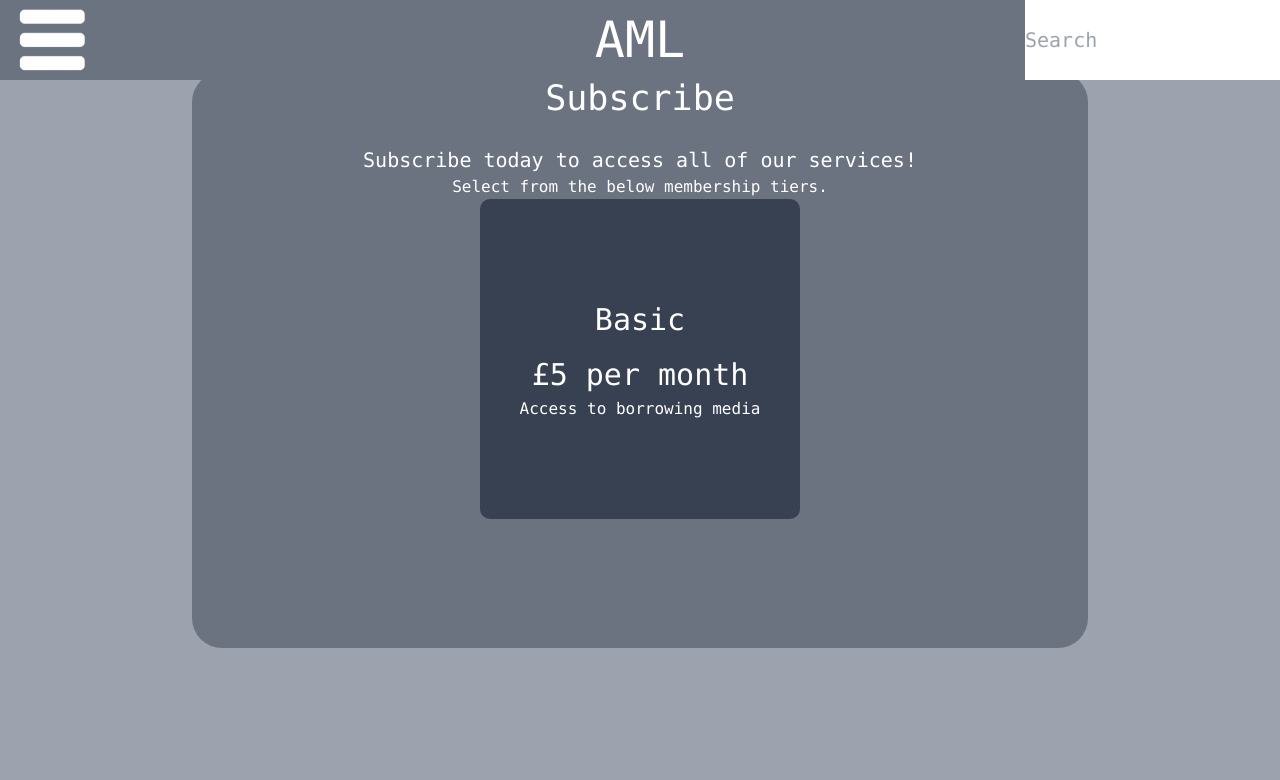
Repository: DuyKhanhDo/AML-Concept
Page: http://localhost/subscribe
These files come from the project's save history. The page is drawn as it stood at one moment and after the next save; the edit follows.
The browser window is 1280 px wide. The pictures show the whole page.
Some web libraries are served in a nearby version. The page is served by the project's Laravel application, run on PHP 8.4 with Laravel 12. A made-up administrator, Test User (test@example.com), is signed in.

Above is the page before, as saved 2024-11-11 12:55:35.

After the next save:
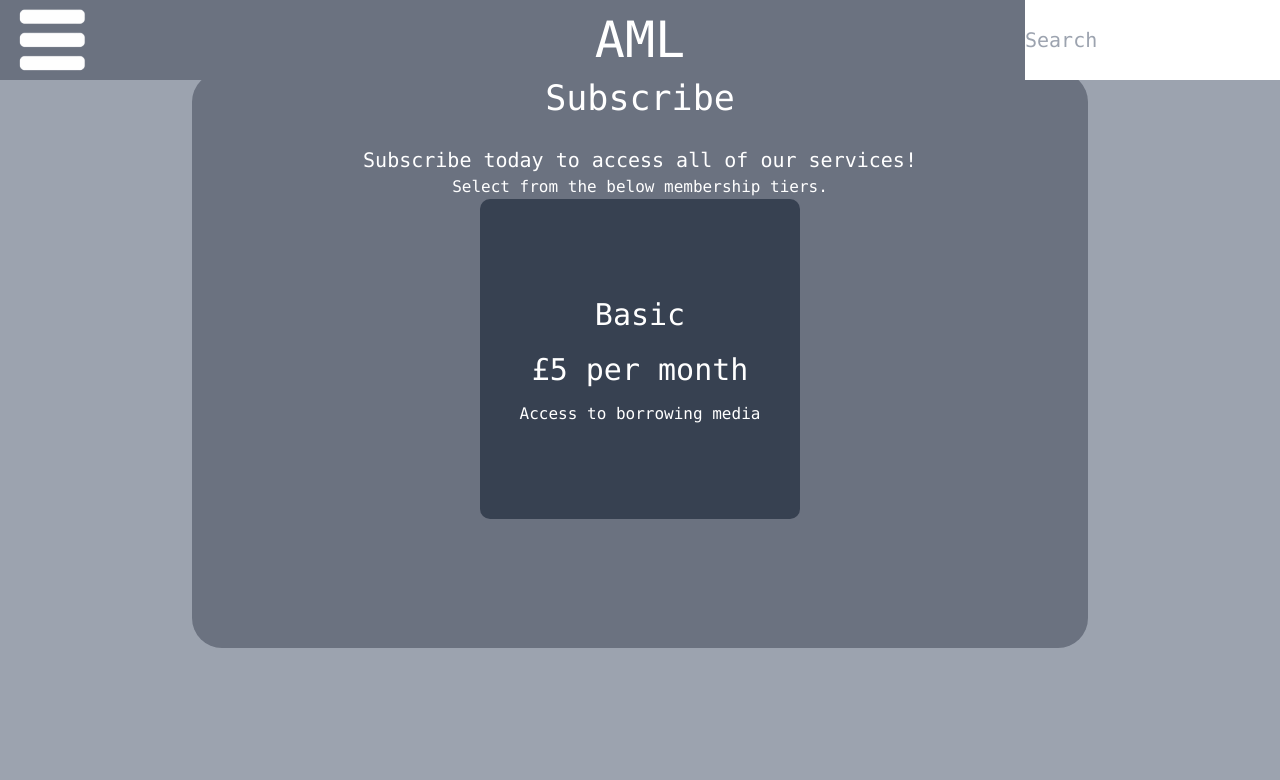
Saved 5 s later.
--- a/resources/views/subscribe.blade.php
+++ b/resources/views/subscribe.blade.php
@@ -7,7 +7,7 @@
                 <h5>Select from the below membership tiers.</h5>
                 <button class="bg-gray-700 rounded-[10px] w-[20rem] h-[20rem]">
                     <h2 class="text-[30px] mb-[10px]">Basic</h2>
-                    <h2 class="text-[30px]">£5 per month</h2>
+                    <h2 class="text-[30px] mb-[10px]">£5 per month</h2>
                     <h3>Access to borrowing media</h3>
                 </button>
             </div>
